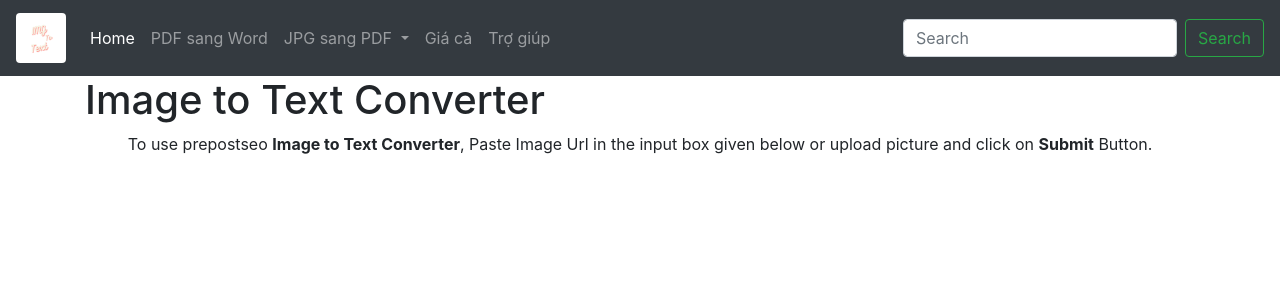
Repository: Tung1227/PBL6-2022
Page: index.html
These files come from the project's save history. The page is drawn as it stood at one moment and after the next save; the edit follows.
The browser window is 1280 px wide. The pictures show the whole page.

Above is the page before, as saved 2022-09-16 20:23:02.

After the next save:
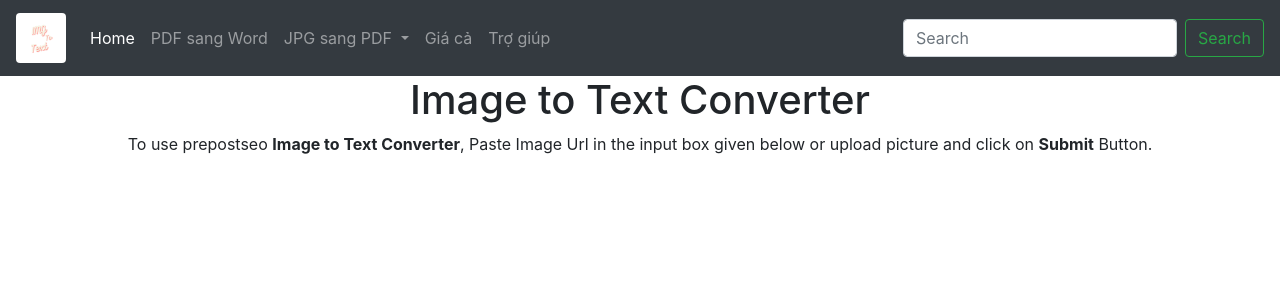
Saved 29 s later.
--- a/index.html
+++ b/index.html
@@ -56,8 +56,8 @@
         </div>
     </nav>
     <div class="container">
-        <div class="col-xs-1-12">
-            <h1 class="h_tool">Image to Text Converter</h1>
+        <div class="col-xs-1-12 text-center">
+            <h1 class="">Image to Text Converter</h1>
             <p class="text16 text-center">To use prepostseo <strong>Image to Text Converter</strong>, Paste Image Url in the input box given below or upload picture and click on <strong>Submit</strong> Button.</p>
         </div>
     </div>
